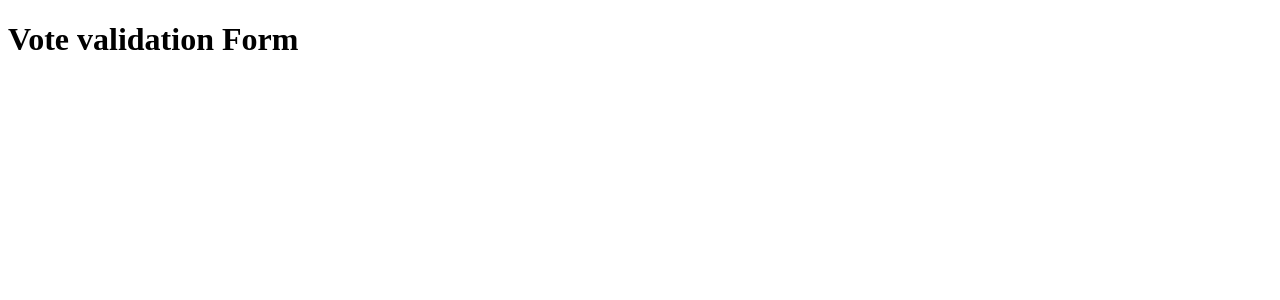
Repository: shafraz17/Servlet
Page: http://localhost/SemLab4/VoteForm.jsp
The author's editor kept a copy of each file at every save. The page is drawn from the files as they stood at one save, then again after the next save.
The browser window is 1280 px wide. The pictures show the whole page.
The page is served by Tomcat 9.

Above is the page before, as saved 2019-01-19 05:30:07.

After the next save:
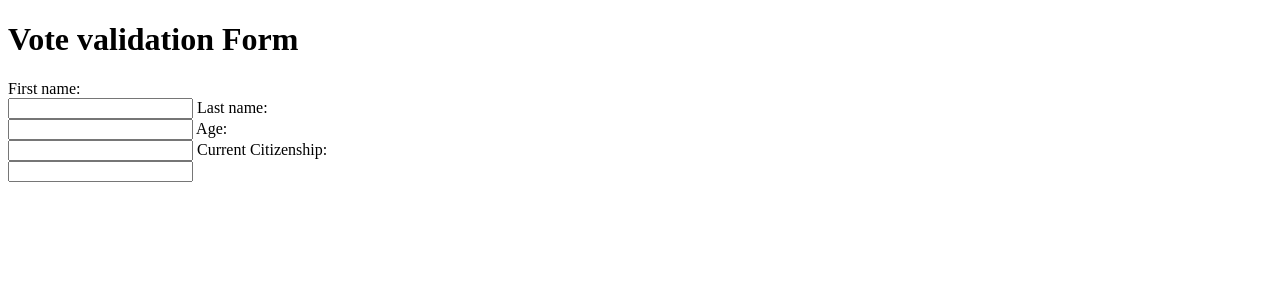
Saved 5 min 52 s later.
--- a/JSP LAB/SemLab4/WebContent/VoteForm.jsp
+++ b/JSP LAB/SemLab4/WebContent/VoteForm.jsp
@@ -8,6 +8,23 @@
 </head>
 <body>
 	<h1>Vote validation Form</h1>
+	<form action="MyServlet" method="get">
+
+	First name:<br>
+	<input type="text" name="firstname">
+
+	Last name:<br>
+	<input type="text" name="lastname">
+
+	Age:<br>
+	<input type="text" name="age">
+
+	Current Citizenship:<br>
+	<input type=
+
+
+
+	</form>
 
 </body>
 </html>
